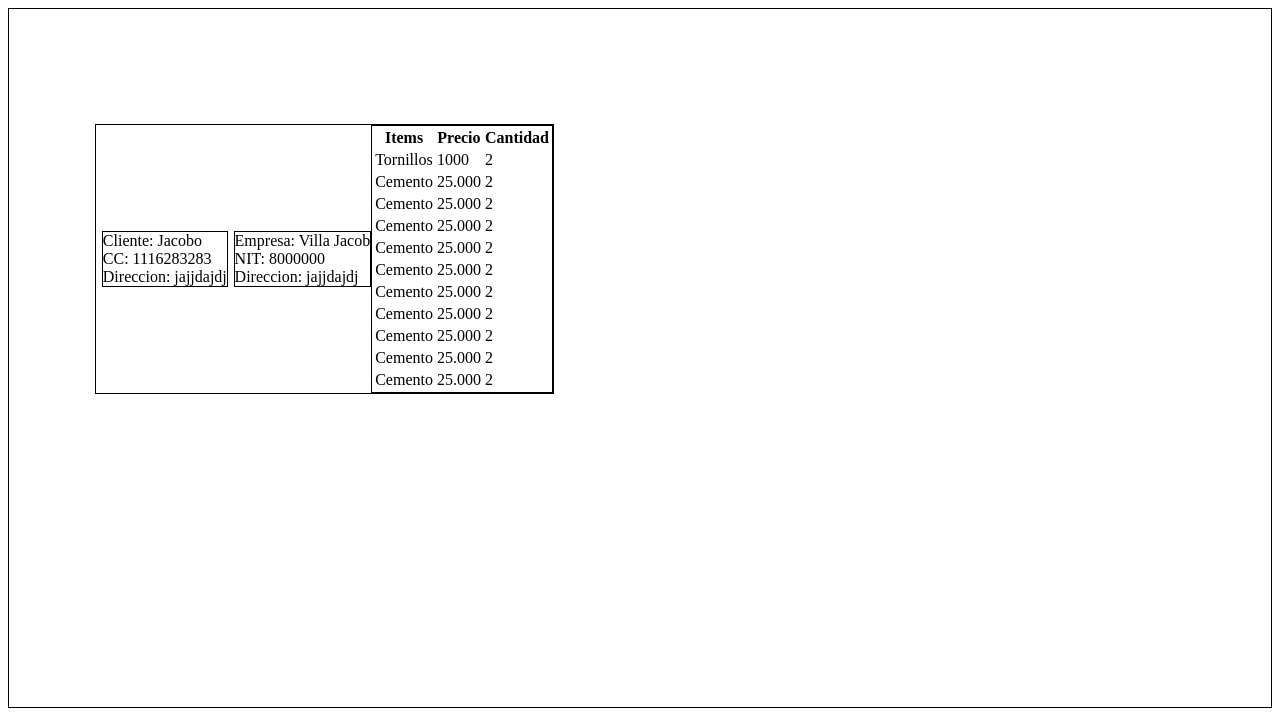
Repository: MrVanQish/FacturaEstructura
Page: index.html
The author's editor kept a copy of each file at every save. The page is drawn from the files as they stood at one save, then again after a run of saves.
The browser window is 1280 px wide. The pictures show the whole page.

Above is the page before, as saved 2021-09-29 10:15:32.

After the next 2 saves:
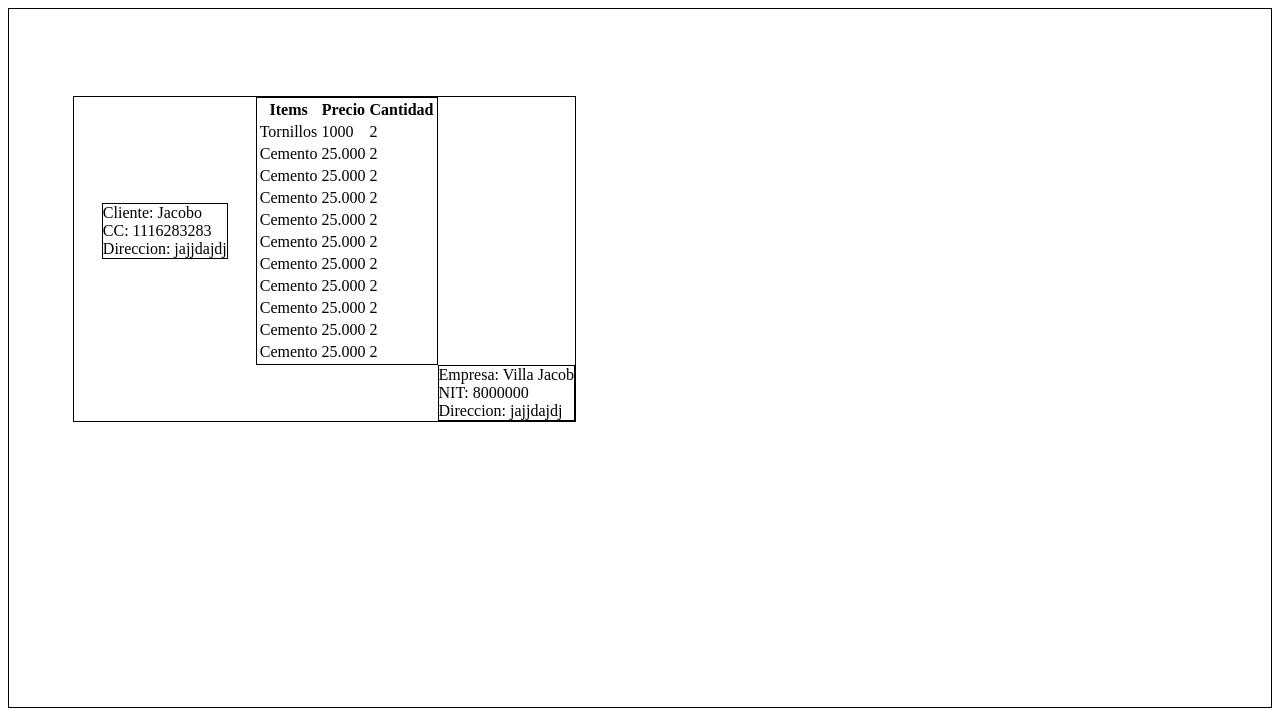
The 2 saves are shown as one change because they came seconds apart.
The last was saved 12 s later.
--- a/styles.css
+++ b/styles.css
@@ -22,7 +22,7 @@
     grid-template-columns: 1fr 1fr;
     grid-template-rows: 1fr auto;
     grid-template-areas:
-      "infoCliente-f infoEmpresa-f items-f" ;
+      "infoCliente-f items-f" ;
   }
 
 
